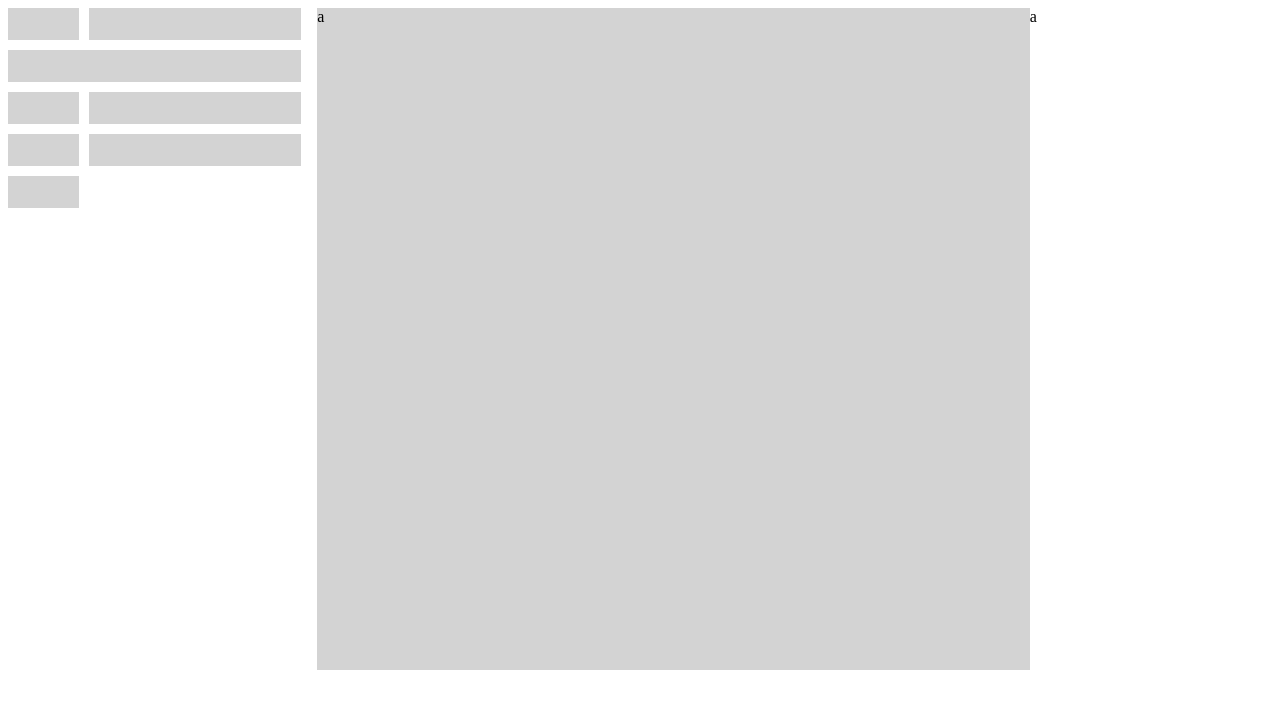
Repository: tr2cky/exercise2
Page: index.html
These files come from the project's save history. The page is drawn as it stood at one moment and after the next save; the edit follows.
The browser window is 1280 px wide. The pictures show the whole page.

Above is the page before, as saved 2022-10-01 11:36:33.

### index.html
<!DOCTYPE html>
<html lang="en">

<head>
    <meta charset="UTF-8">
    <meta http-equiv="X-UA-Compatible" content="IE=edge">
    <meta name="viewport" content="width=device-width, initial-scale=1.0">
    <link rel="stylesheet" href="style.css">
    <title>Document</title>
</head>

<body>
    <div class="container">
        <div class="side1">
        <div id="box1"></div>
        <div id="box2"></div>
        <div id="box3"></div>
        <div id="box4"></div>
        <div id="box5"></div>
        <div id="box6"></div>
        <div id="box7"></div>
        <div id="box8"></div>
        </div>
        <main>
            a
        </main>
        <div class="side2">
            a
        </div>
    </div>
</body>

</html>

### style.css
.container {
    display: flex;
    flex-direction: row;
    height: 92vh;
}
main {
    flex-grow: 3;
    background-color: lightgray;
}
.side1 {
    flex-grow: 1;
    display: grid;
    grid-template-columns: 1fr 3fr;
    grid-auto-rows: 2em;
    grid-gap: 10px;
    margin-right: 1em;
}
.side2 {
    flex-grow: 1;
}
.side1 div {
    background-color: lightgray;
}
#box1 {
    border: 1px solid lightgray;
    padding: 5px;
}
#box3{
    grid-column: 1/3;
}

After the next save:
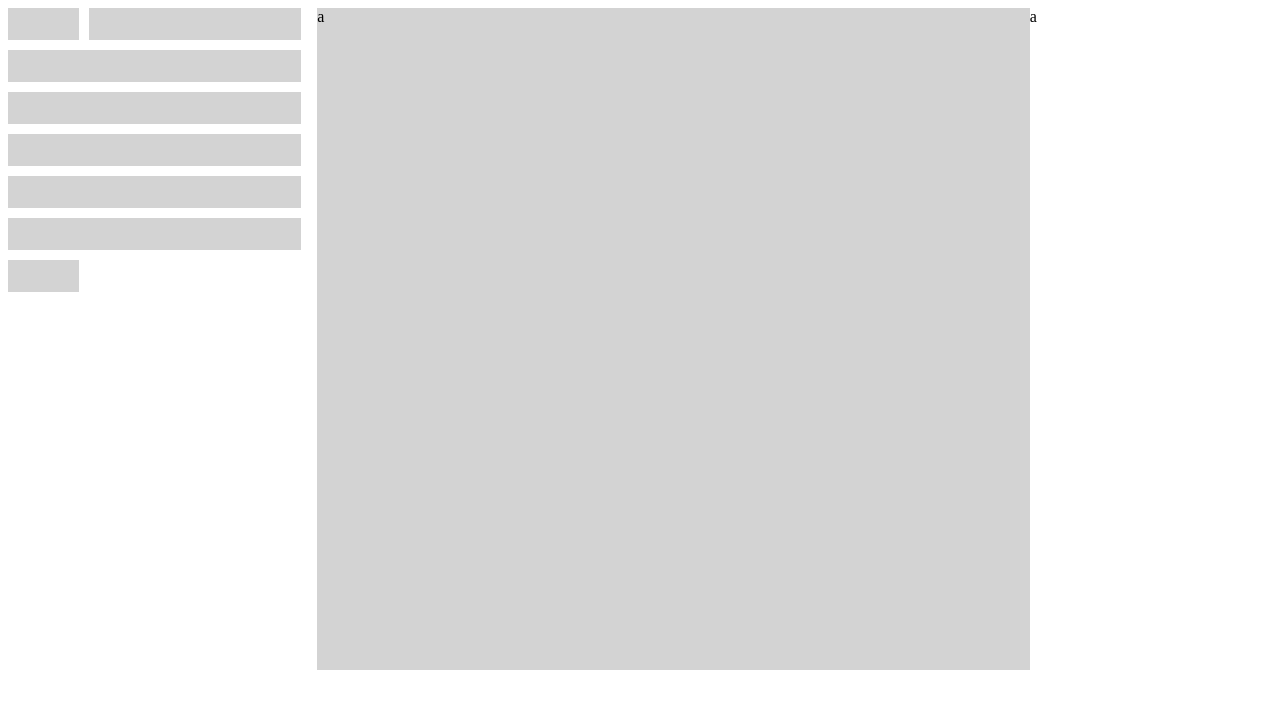
Saved 29 s later.
--- a/style.css
+++ b/style.css
@@ -28,3 +28,15 @@ main {
 #box3{
     grid-column: 1/3;
 }
+#box4{
+    grid-column: 1/3;
+}
+#box5{
+    grid-column: 1/3;
+}
+#box6{
+    grid-column: 1/3;
+}
+#box7{
+    grid-column: 1/3;
+}

After the 2 saves that followed:
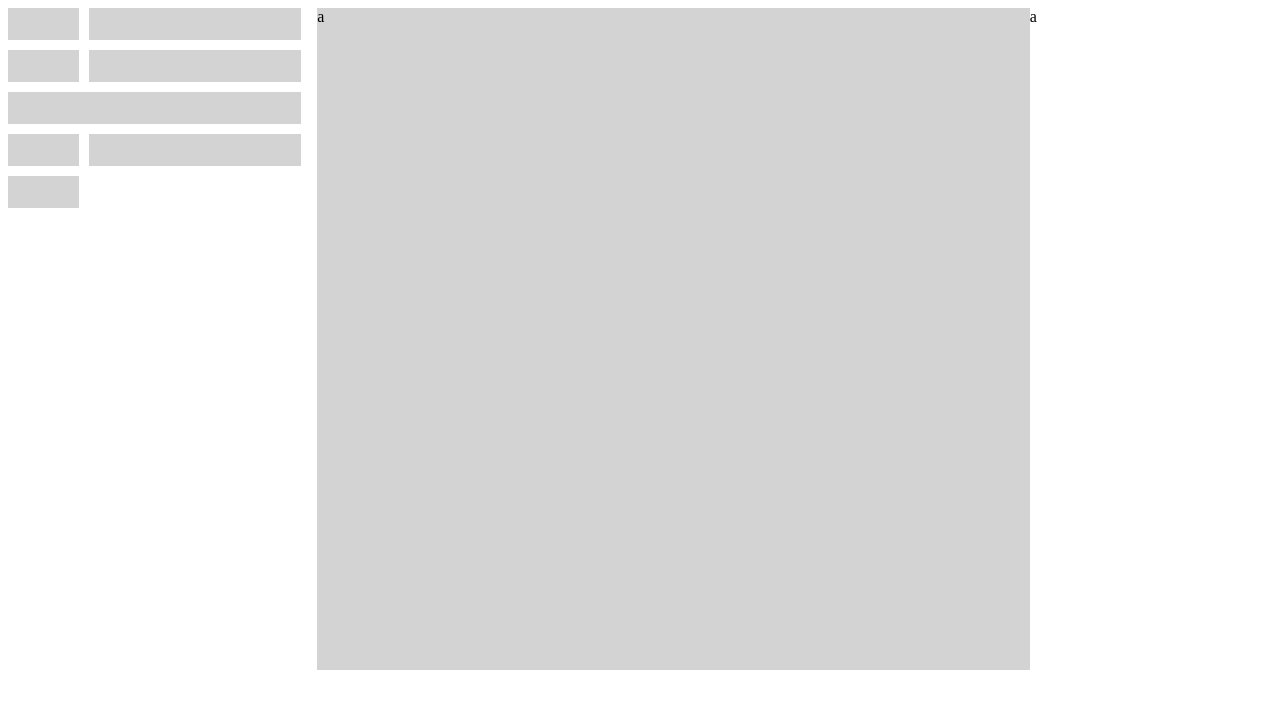
The 2 saves are shown as one change because 1 left the picture as it was.
The last was saved 2 min 1 s later.
--- a/style.css
+++ b/style.css
@@ -27,8 +27,9 @@ main {
 }
 #box3{
     grid-column: 1/3;
+    grid-row: 3;
 }
-#box4{
+/*#box4{
     grid-column: 1/3;
 }
 #box5{
@@ -39,4 +40,4 @@ main {
 }
 #box7{
     grid-column: 1/3;
-}
+}*\
